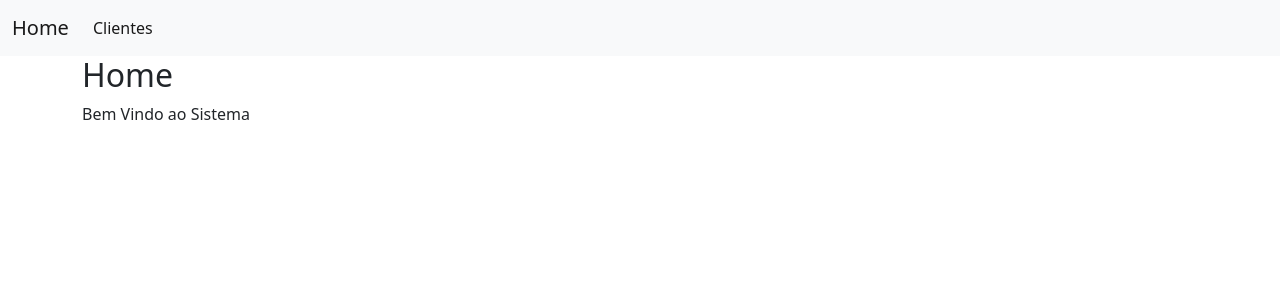
Repository: Luckycaat/eloquent-ORM
Page: http://localhost/
An editor plug-in stored every save of this project. The page is shown before and after the next save, followed by the edit.
The browser window is 1280 px wide. The pictures show the whole page.
The page is served by the project's Laravel application, run on PHP 8.4 with Laravel 9. Other server files are loaded and not shown.

Above is the page before, as saved 2022-09-20 16:36:41.

### routes/web.php
<?php

use App\Http\Controllers\ClientController;
use App\Http\Controllers\Saudacao;
use App\Http\Controllers\SiteController;

use Illuminate\Support\Facades\Route;

/*
|--------------------------------------------------------------------------
| Web Routes
|--------------------------------------------------------------------------
|
| Here is where you can register web routes for your application. These
| routes are loaded by the RouteServiceProvider within a group which
| contains the "web" middleware group. Now create something great!
|
*/

// Route::get('/', function () {
//     return view('welcome');
// });

Route::get('/', [SiteController::class, 'index'])->name('index');
Route::get('/sobre', [SiteController::class, 'sobre']);
Route::get('/servicos', [SiteController::class, 'servicos']);
Route::get('/servico/{id}', [SiteController::class, 'servico']);

Route::get('/saudacao/{nome?}', Saudacao::class);

Route::get('/clients', [ClientController::class, 'index'])->name('clients.index');
Route::get('/clients/create', [ClientController::class, 'create'])->name('clients.create');
Route::get('/clients/{id}', [ClientController::class, 'show'])->name('clients.show');

Route::post('/clients', [ClientController::class, 'store'])->name('clients.store');
Route::get('/clients/{id}/edit', [ClientController::class, 'edit'])->name('clients.edit');
Route::put('/clients/{id}', [ClientController::class, 'update'])->name('clients.update');

Route::delete('/clients/{id}', [ClientController::class, 'destroy'])->name('clients.destroy');

### app/Http/Controllers/Saudacao.php
<?php

namespace App\Http\Controllers;

use Illuminate\Contracts\View\View;
use Illuminate\Http\Request;

class Saudacao extends Controller
{
    /**
     * Handle the incoming request.
     *
     * @param  string $nome
     * @return void
     */
    public function __invoke(string $nome = 'Pedro')
    {
        return view('saudacao', [
            'nome' => $nome,
        ]);
        // return view('saudacao')->with('nome', $nome);

    }
}

### app/Http/Controllers/SiteController.php
<?php

namespace App\Http\Controllers;

use Illuminate\Http\Request;

class SiteController extends Controller
{
    public function index()
    {
        return view('home');
    }

    public function sobre()
    {
        $soma = 9 + 10;
        echo "Soma total = $soma";
    }

    public function servicos()
    {
        echo "Conteúdo dinâmico Serviços";
    }

    public function servico(int $id)
    {
        $servicos = [
            1 => [
                'nome' => 'Lavagem de Roupa',
                'descricao' => 'Descrição de uma lavagem de roupas...'
            ],
            2 => [
                'nome' => 'Lavagem de Cobertas',
                'descricao' => 'Descrição de uma lavagem de cobertas...'
            ],
            3 => [
                'nome' => 'Lavagem de Animais',
                'descricao' => 'Descrição de uma lavagem de animais...'
            ],
        ];

        return view('site.servico', [
            'servico' => $servicos[$id]
        ]);
    }
}

### resources/views/home.blade.php
@extends('app')
@section('titulo', 'Página Inicial')
@section('conteudo')
    <h2>Home</h2>
    <p>Bem Vindo ao Sistema</p>

@endsection

### resources/views/app.blade.php
<!doctype html>
<html lang="en">

<head>

    <meta charset="utf-8">
    <meta name="viewport" content="width=device-width, initial-scale=1">


    <link href="https://cdn.jsdelivr.net/npm/bootstrap@5.0.2/dist/css/bootstrap.min.css" rel="stylesheet"
        integrity="sha384-EVSTQN3/azprG1Anm3QDgpJLIm9Nao0Yz1ztcQTwFspd3yD65VohhpuuCOmLASjC" crossorigin="anonymous">

    <title>@yield('titulo')</title>
</head>

<body>
    <nav class="navbar navbar-expand-lg navbar-light bg-light">
        <div class="container-fluid">
            <a class="navbar-brand" href="{{ route('index') }}">Home</a>
            <button class="navbar-toggler" type="button" data-bs-toggle="collapse" data-bs-target="#navbarNav"
                aria-controls="navbarNav" aria-expanded="false" aria-label="Toggle navigation">
                <span class="navbar-toggler-icon"></span>
            </button>
            <div class="collapse navbar-collapse" id="navbarNav">
                <ul class="navbar-nav">
                    <li class="nav-item">
                        <a class="nav-link active" aria-current="page" href="{{ route('clients.index') }}">Clientes</a>
                    </li>
                </ul>
            </div>
        </div>
    </nav>

    <div class="container">
        @yield('conteudo')
    </div>


    <script src="https://cdn.jsdelivr.net/npm/bootstrap@5.0.2/dist/js/bootstrap.bundle.min.js"
        integrity="sha384-MrcW6ZMFYlzcLA8Nl+NtUVF0sA7MsXsP1UyJoMp4YLEuNSfAP+JcXn/tWtIaxVXM" crossorigin="anonymous">
    </script>

</body>

</html>

Loaded but not shown: app/Http/Controllers/Controller.php (common file)

After the next save:
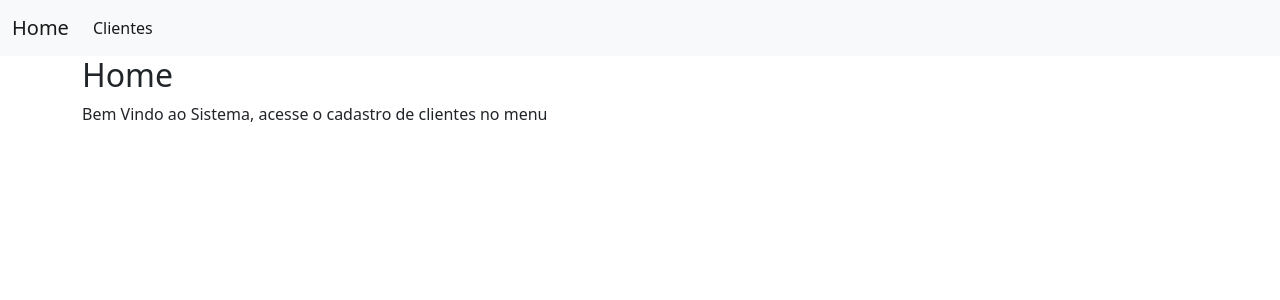
Saved 23 s later.
--- a/resources/views/home.blade.php
+++ b/resources/views/home.blade.php
@@ -2,6 +2,6 @@
 @section('titulo', 'Página Inicial')
 @section('conteudo')
     <h2>Home</h2>
-    <p>Bem Vindo ao Sistema</p>
+    <p>Bem Vindo ao Sistema, acesse o cadastro de clientes no menu</p>
 
 @endsection
